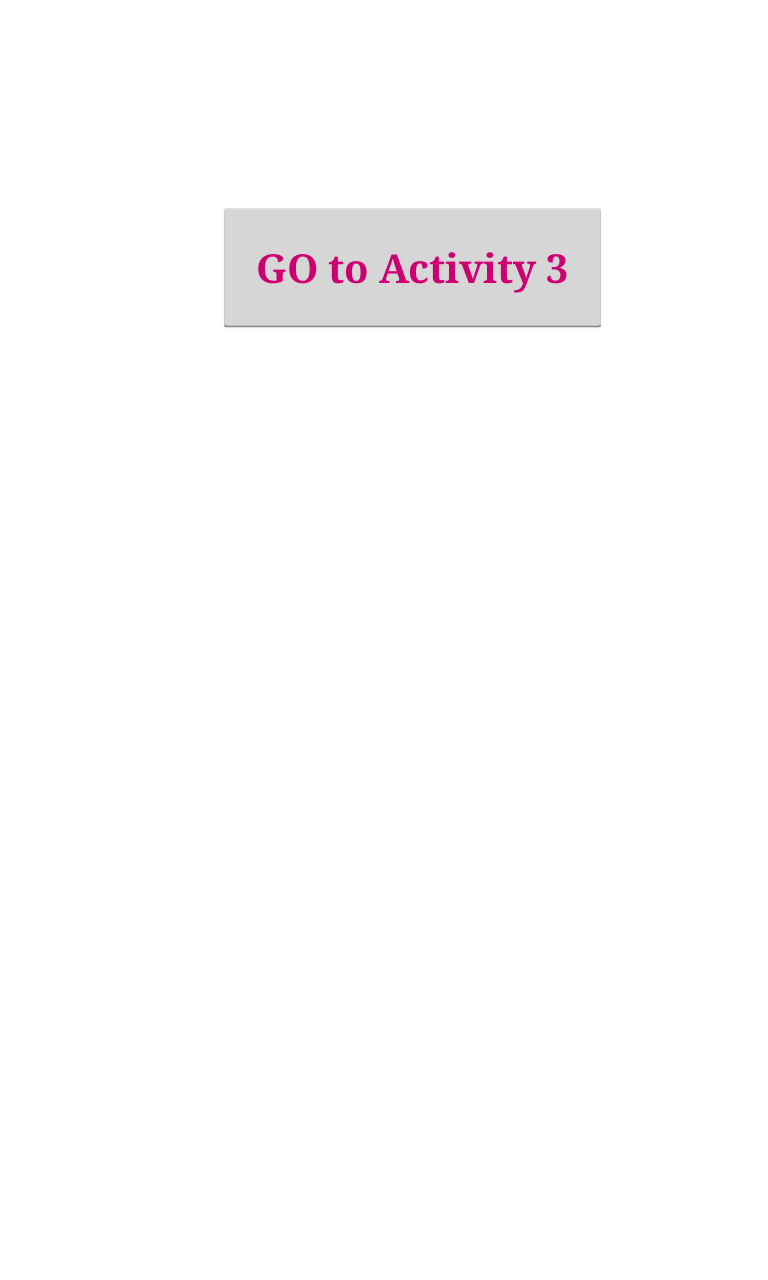
Repository: EnjoyWorkTrue/Spring2014
Layout: CMP464/Assignment3/res/layout/activity_activity2.xml
The author's editor kept a copy of each file at every save. The layout is drawn from the files as they stood at one save, then again after the next save.
It is drawn on a 768 x 1280 px phone screen (xhdpi) without system bars, with theme AppTheme; the app's code is not run.

Above is the layout before, as saved 2014-02-25 19:47:59.

After the next save:
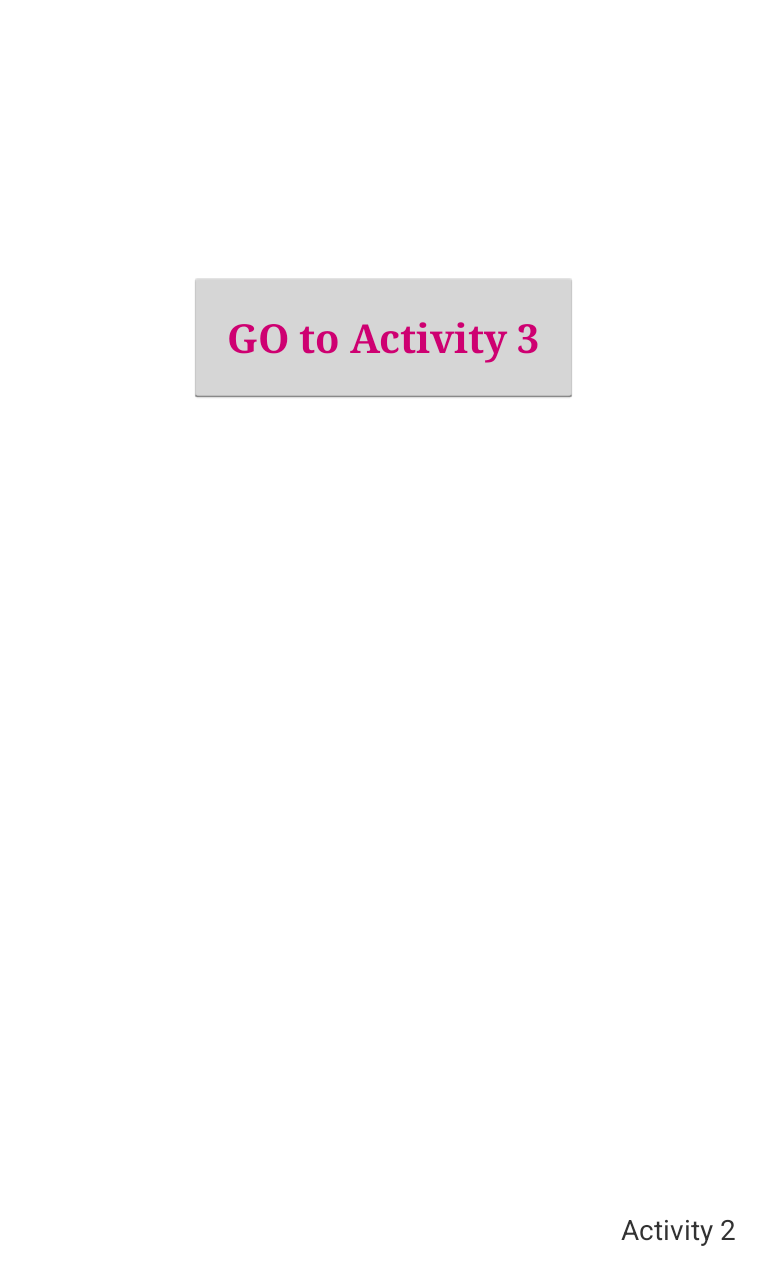
Saved 66 s later.
--- a/CMP464/Assignment3/res/layout/activity_activity2.xml
+++ b/CMP464/Assignment3/res/layout/activity_activity2.xml
@@ -12,15 +12,22 @@
         android:id="@+id/button1"
         android:layout_width="wrap_content"
         android:layout_height="wrap_content"
-        android:layout_alignParentLeft="true"
         android:layout_alignParentTop="true"
-        android:layout_marginLeft="92dp"
-        android:layout_marginTop="84dp"
+        android:layout_centerHorizontal="true"
+        android:layout_marginTop="119dp"
+        android:padding="20dp"
         android:text="GO to Activity 3"
+        android:textColor="#CE0071"
         android:textSize="20sp"
-        android:textColor="#CE0071"
         android:textStyle="bold"
-        android:padding="20dp"
-        android:typeface="serif"/>
+        android:typeface="serif" />
+
+    <TextView
+        android:id="@+id/textView1"
+        android:layout_width="wrap_content"
+        android:layout_height="wrap_content"
+        android:layout_alignParentBottom="true"
+        android:layout_alignParentRight="true"
+        android:text="Activity 2" />
 
 </RelativeLayout>
